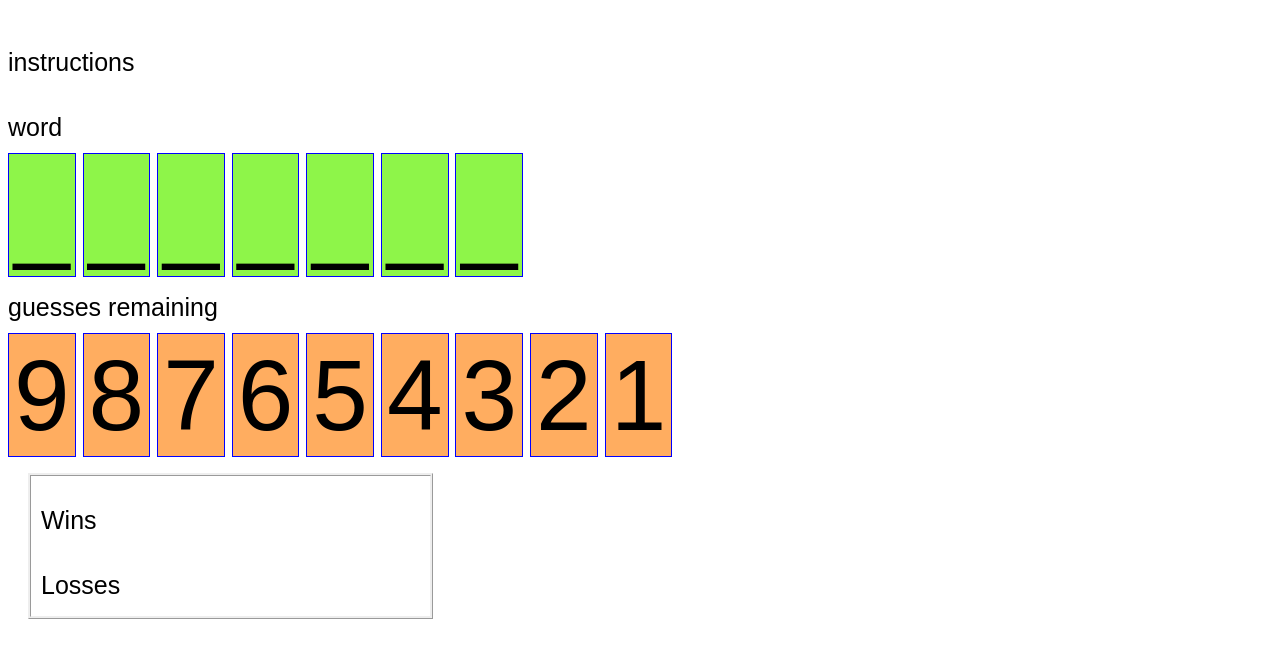
Repository: dsaftler/JavaScript
Page: index.html
The author's editor kept a copy of each file at every save. The page is drawn from the files as they stood at one save, then again after the next save.
The browser window is 1280 px wide. The pictures show the whole page.

Above is the page before, as saved 2019-03-28 17:38:26.

After the next save:
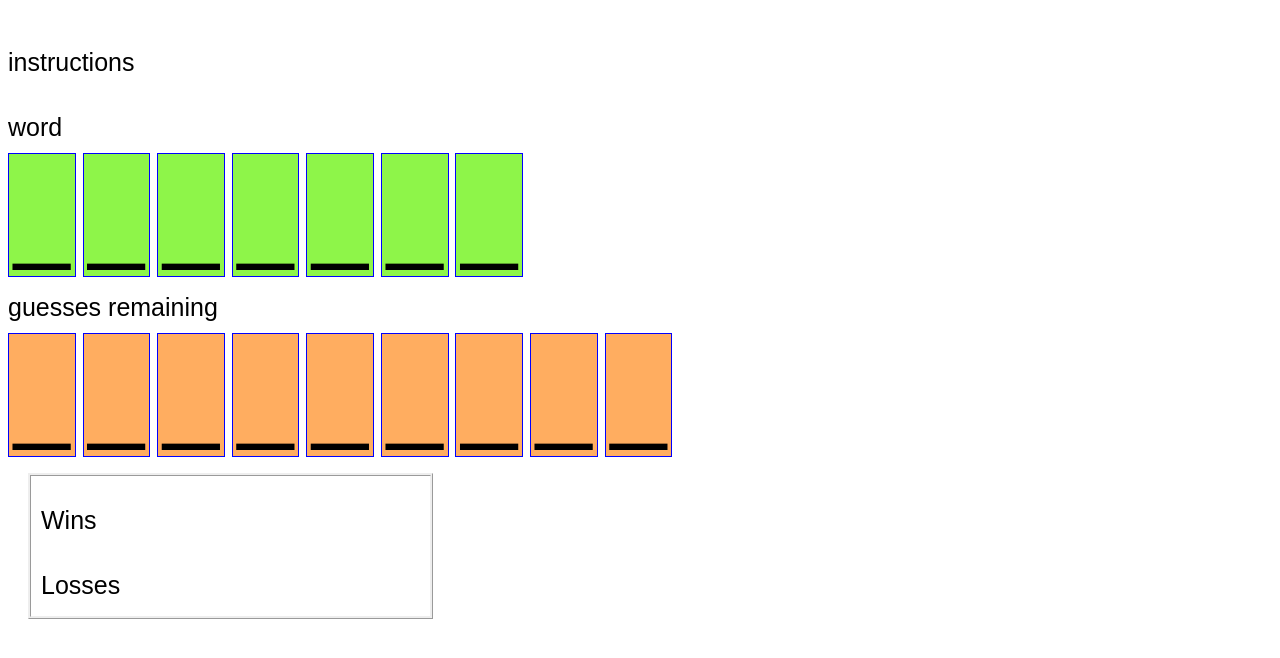
Saved 101 s later.
--- a/index.html
+++ b/index.html
@@ -21,17 +21,17 @@
          <div class="letter match" id="chr_6">_</div>
 
 
-        <div class="guesses showtext">guesses remaining </div>
+        <div class="guesses showtext" id="showRemaining">guesses remaining </div>
 
-        <div class="letter guessed" id="guess_0">9</div>
-        <div class="letter guessed" id="guess_1">8</div>
-        <div class="letter guessed" id="guess_2">7</div>
-        <div class="letter guessed" id="guess_3">6</div>
-        <div class="letter guessed" id="guess_4">5</div>
-        <div class="letter guessed" id="guess_5">4</div>
-        <div class="letter guessed" id="guess_6">3</div>
-        <div class="letter guessed" id="guess_7">2</div>
-        <div class="letter guessed" id="guess_8">1</div>
+        <div class="letter guessed" id="guess_0">_</div>
+        <div class="letter guessed" id="guess_1">_</div>
+        <div class="letter guessed" id="guess_2">_</div>
+        <div class="letter guessed" id="guess_3">_</div>
+        <div class="letter guessed" id="guess_4">_</div>
+        <div class="letter guessed" id="guess_5">_</div>
+        <div class="letter guessed" id="guess_6">_</div>
+        <div class="letter guessed" id="guess_7">_</div>
+        <div class="letter guessed" id="guess_8">_</div>
 
 
       <div class="score">
